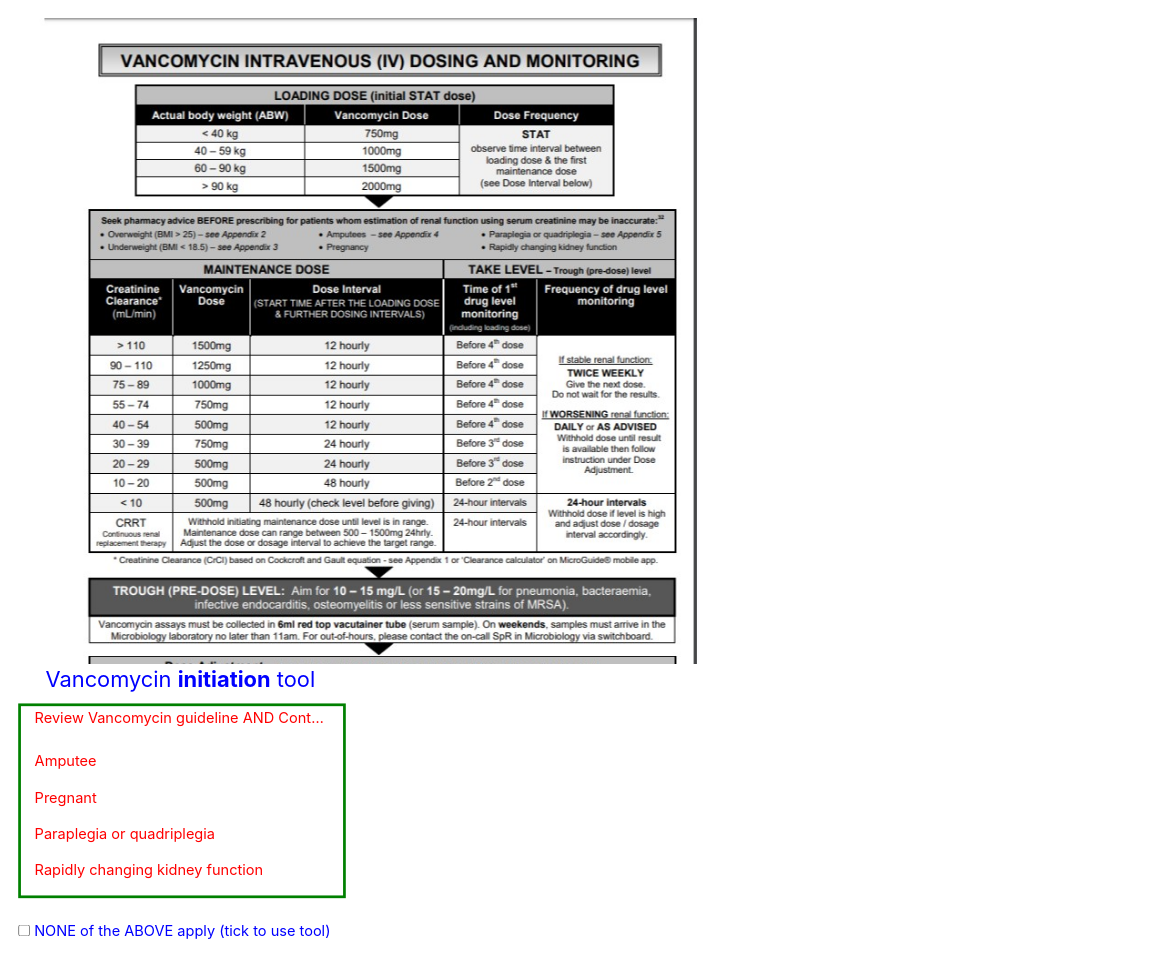
Repository: Mismiles/project-clinical-calculator
Page: index.html
The author's editor kept a record of every edit. The page is drawn from the files as they stood at one moment, then again after the next edit.
The browser window is 1280 px wide. The pictures show the whole page, at 91% of full size.

Above is the page before.

### index.html
<!doctype html>
<html lang="en">
  <head>
    <!-- Required meta tags -->
    <meta charset="utf-8">
    <meta name="viewport" content="width=device-width, initial-scale=1, shrink-to-fit=no">

    <!-- Bootstrap CSS -->
    <link rel="stylesheet" href="https://stackpath.bootstrapcdn.com/bootstrap/4.3.1/css/bootstrap.min.css" integrity="sha384-ggOyR0iXCbMQv3Xipma34MD+dH/1fQ784/j6cY/iJTQUOhcWr7x9JvoRxT2MZw1T" crossorigin="anonymous">

    <!-- Custom CSS -->
    <link href="css/stylesheet.css" rel="stylesheet">

    <title>Vancomycin calculation tool</title>

  </head>
  <body>

<div class="embed-responsive embed-responsive-16by9" id="guideline">
  <iframe class="embed-responsive-item" src="images/vanc1.jpg"></iframe>
</div>



<form name="vanc">
<fieldset>

<!-- Form Name -->
<legend>Vancomycin <b>initiation</b> tool</legend>

<!-- Parameters -->
<section id='parameters'>
  <div class="col-md-4 statement" for="parameters" style="color:red">Review Vancomycin guideline AND Contact Pharmacy if any apply, as this tool will not give relevant advice.
    <br>
    <br>
    <p>Amputee</p>
    <p>Pregnant</p>
    <p>Paraplegia or quadriplegia</p>
    <p>Rapidly changing kidney function</p>
	</div>
</section>

<!-- Safe to use tool-->
	<br>
	<label style="color:blue">
      <input type="checkbox" name="parameters" id="showform" onclick="displayForm(); hideParameters();"> NONE of the ABOVE apply (tick to use tool)
  </label>

<section id='vancform'>
<!-- Indication-->
<br>
<div class="form-group">
  <label class="col-md-4 control-label" for="indication"><b>Indication</b></label>
  <div class="col-md-4">
  <input id="ind" name="indication" type="text" autocomplete="off" placeholder="Specify" class="form-control input-md" required/>
  </div>
</div>

<!-- Gender -->
<div class="form-group">
  <label class="col-md-4 control-label" for="gender"><b>Gender</b></label>
  <div class="col-md-4">
   <div class="btn-group btn-group-toggle" data-toggle="buttons">
  <label class="btn btn-outline-primary">
    <input type="radio" name="options" id="male" value="males" onclick="getGender()"> Male
  </label>
  <label class="btn btn-outline-danger">
    <input type="radio" name="options" id="female" value="females" onclick="getGender()"> Female
  </label>
</div>
  </div>
</div>

<!-- Age-->
<div class="form-group">
  <label class="col-md-4 control-label" for="age"><b>Age</b></label>
  <div class="col-md-4">
  <input id="age" name="age" type="text" maxlength="3" placeholder="Age in years" autocomplete="off" class="form-control input-md" required/>
  </div>
</div>

<p id="ageOut"></p>

<!-- Weight-->
<div class="form-group">
  <label class="col-md-4 control-label" for="weight"><b>Weight in kg</b></label>
  <div class="col-md-4">
  <input id="weight" name="weight" type="text" maxlength="3" placeholder="Weight in kg" autocomplete="off" class="form-control input-md" required/>
</div>
</div>


<p id="weighteOut"></p>

<!-- Date picker-->
<div class="form-group">
        <label class="col-md-4 control-label" for="date"><b>Date Weight Taken</b></label>
          <div class="col-md-4">
        <input id="form-control input-md date" name="date" autocomplete="off" placeholder="MM/DD/YYY" type="date" required onclick="verifyDate()">
          </div>
</div>
<p id="datemessage"></p>

  <div class="checkbox">
    <label>
      <input type="radio" name="parameters" id="abnormalWeight" value="" onclick="displayHeight();scrollWin();">
      Abnormal Weight (BMI &lt; 18.5 OR BMI &gt; 25) <br><span style="color:green"><i>Tick to help calculate BMI</i></span>
    </label>
	</div>

	 <div class="checkbox">
    <label>
      <input type="radio" name="parameters" id="normalweight" value="" onclick="displayHeight();scrollWin();">
      Normal weight (BMI &gt; 18.5 and &lt; 25)
    </label>
	</div>
</div>
</div>

<!-- Height-->
<section id="heightbox" class="form-group">
  <label class="col-md-4 control-label" for="height"><b>Height in cm</b></label>
  <div class="col-md-4">
  <input id="height" name="height" type="text" maxlength="3" autocomplete="off" placeholder="Height in cm" class="form-control input-md" required/>
</div>
</section>

<p id="heightOut"></p>

<!-- Creatinine-->
<div class="form-group">
  <label class="col-md-4 control-label" for="creatinine"><b>Serum Creatinine in µmol/L</b></label>
  <div class="col-md-4">
  <input id="creatinine" name="creatinine" type="text" autocomplete="off" maxlength="3" placeholder="Creatinine" class="form-control input-md" data-bind="value:replyNumber" required="true"/>
  </div>
</div>

<!-- Disclaimer-->
<label style="color:red">
      <input type="checkbox" name="safetyline" id="disclaimer" onclick="safety(); scrollWin();">  I confirm that this tool takes no clinical responsibility for outcomes <br> and I will use this tool <b>only to aid my ultimate clinical decision.</b>
</label>

<!-- Button -->
<div class="form-group">
  <label class="col-md-4 control-label" for="calculate"></label>
  <div class="col-md-4">
    <script type="text/javascript" src="js/calculation.js"></script>
    <button id="calc" name="calculate" type="button" class="btn btn-primary" onclick="runCalcs();" >Display dose and monitoring advice</button>
  </div>
</div>

</fieldset>
</form>
</section>


<section id="dosingAdvice">
<p id="indication" class="text">The indication for treatment is</p>
<p id="stat_dose" class="text">Prescribe STAT dose of</p>
<p id="bmi_calc" class="text">The patient's BMI is</p>
<p id="ibw_text" class="text">The patient's ideal body weight is</p>
<p id="result_g" class="text">The CrCl =</p>
<p id="main_dose" class="text">Therefore prescribe</p>
<p id="poor_renal"class="text">Do not wait for the result before giving the next scheduled dose unless CrCl < 10 ml/min
or the patient is on renal replacement therapy</p>

<br>

<!-- Explain Button -->
  <div class="col-md-4">
    <button id="explain" name="exp" type="button" class="btn btn-success" onclick="displayReasoning(); highlightWtable(); highlightRtable(); explain(); scrollWin();" >Show dosing rationale</button>
  </div>
</div>

</section>

<br>

<section id="explainDosing"
<!--Show formulas -->
<div id="showFormulas"></div>

<br>


<h2>Loading dose</h2>

<table class="col-md-6 table table-bordered table-dark">
  <thead>
    <tr>
      <th scope="col">Actual body Weight (ABW)</th>
      <th scope="col">Vancomycin Dose</th>
      <th scope="col">Dose frequency</th>
    </tr>
  </thead>
  <tbody>
    <tr id="under40">
      <td>< 40kg</td>
      <td>750mg</td>
      <td>STAT</td>
    </tr>
    <tr id="w40to59">
      <td>40 - 59 kg</td>
      <td>1000mg</td>
      <td>STAT</td>
    </tr>
    <tr id="w60to90">
      <td>60 - 90 kg</td></td>
      <td>1500mg</td>
      <td>STAT</td>
    </tr>
    <tr id="over90">
      <td>> 90 kg</td></td>
      <td>200mg</td>
      <td>STAT</td>
    </tr>
  </tbody>
</table>

<br>

<h2>Maintenance dose</h2>

<table class="col-md-6 table table-dark">
  <thead>
    <tr>
      <th scope="col">Creatinine clearence (mL/min)</th>
      <th scope="col">Vancomycin Maintenance dose</th>
      <th scope="col">Dose interval</th>
      <th scope="col">Time of 1st level</th>
      <th scope="col">Monitoring Frequency</th>
    </tr>
  </thead>
  <tbody>
    <tr id="rOver110">
      <th>> 110</th>
      <td>1500mg</td>
      <td>12 hourly</td>
      <td>Before 4th dose</td>
    </tr>
    <tr id="r90to110">
      <th>90 - 110</th>
      <td>1250mg</td>
      <td>12 hourly</td>
      <td>Before 4th dose</td>
    </tr>
    <tr  id="r75to89">
      <th>75 - 89</th>
      <td>1000mg</td>
      <td>12 hourly</td>
      <td>Before 4th dose</td>
    </tr>
     <tr id="r55to74">
      <th>55 - 74</th>
      <td>750mg</td>
      <td>12 hourly</td>
      <td>Before 4th dose</td>
    </tr>
    <tr id="r40to54">
      <th>40 - 54</th>
      <td>500mg</td>
      <td>12 hourly</td>
      <td>Before 4th dose</td>
    </tr>
    <tr id="r30to39">
      <th>30 - 39</th>
      <td>750mg</td>
      <td>24 hourly</td>
      <td>Before 3rd dose</td>
    </tr>
    <tr id="r20to29">
      <th>20 - 29</th>
      <td>500mg</td>
      <td>24 hourly</td>
      <td>Before 3rd dose</td>
    </tr>
    <tr id="r10to19">
      <th>10 - 19</th>
      <td>500mg</td>
      <td>48 hourly</td>
      <td>Before 2nd dose</td>
    </tr>
    <tr id="r0to10">
      <th>< 10</th>
      <td>500mg</td>
      <td>48 hourly (check level before giving)</td>
      <td>24 hour intervals</td>
    </tr>
    <tr id="CRRT">
      <th>CRRT</th>
      <td>Withold initiating maintenace dose until level is in range.</td>
      <td>Maintenance dose can range between 500mg to 1500mg 24hourly. Adjust the dose or dosing interval to acheive the target range.</td>
      <td>24 hour intervals</td>
    </tr>
  </tbody>
</table>


<!-- Image carousel -->
  <div id="carouselExampleIndicators" class="carousel slide row" data-ride="carousel">
  <ol class="carousel-indicators">
    <li data-target="#carouselExampleIndicators" data-slide-to="0" class="active"></li>
    <li data-target="#carouselExampleIndicators" data-slide-to="1"></li>
    <li data-target="#carouselExampleIndicators" data-slide-to="2"></li>
    <li data-target="#carouselExampleIndicators" data-slide-to="3"></li>
    <li data-target="#carouselExampleIndicators" data-slide-to="4"></li>
    <li data-target="#carouselExampleIndicators" data-slide-to="5"></li>
    <li data-target="#carouselExampleIndicators" data-slide-to="6"></li>
    <li data-target="#carouselExampleIndicators" data-slide-to="7"></li>
    <li data-target="#carouselExampleIndicators" data-slide-to="8"></li>
    <li data-target="#carouselExampleIndicators" data-slide-to="9"></li>
  </ol>
  <div class="carousel-inner">
    <div class="carousel-item active">
      <img class="d-block w-60" src="images/vanc1.jpg" alt="First slide">
    </div>
    <div class="carousel-item">
      <img class="d-block w-60" src="images/app1.jpg" alt="Second slide">
    </div>
    <div class="carousel-item">
      <img class="d-block w-60" src="images/app2.jpg" alt="Third slide">
    </div>
    <div class="carousel-item">
      <img class="d-block w-60" src="images/app3.jpg" alt="Fourth slide">
    </div>
    <div class="carousel-item">
      <img class="d-block w-60" src="images/app41.jpg" alt="Fifth slide">
    </div>
    <div class="carousel-item">
      <img class="d-block w-60" src="images/app42.jpg" alt="Sixth slide">
    </div>
     <div class="carousel-item">
      <img class="d-block w-60" src="images/app43.jpg" alt="Seventh slide">
    </div>
     <div class="carousel-item">
      <img class="d-block w-60" src="images/app5.jpg" alt="Eigth slide">
     </div>
     <div class="carousel-item">
      <img class="d-block w-60" src="images/app6.jpg" alt="Ninth slide">
     </div>
  </div>

  <a class="carousel-control-prev" href="#carouselExampleIndicators" role="button" data-slide="prev">
    <span class="carousel-control-prev-icon" aria-hidden="true"></span>
    <span class="sr-only">Previous</span>
  </a>
  <a class="carousel-control-next" href="#carouselExampleIndicators" role="button" data-slide="next">
    <span class="carousel-control-next-icon" aria-hidden="true"></span>
    <span class="sr-only">Next</span>
  </a>
</div>


    <!-- jQuery first, then Popper.js, then Bootstrap JS -->
    <script src="https://code.jquery.com/jquery-3.3.1.slim.min.js" integrity="sha384-q8i/X+965DzO0rT7abK41JStQIAqVgRVzpbzo5smXKp4YfRvH+8abtTE1Pi6jizo" crossorigin="anonymous"></script>
    <script src="https://cdnjs.cloudflare.com/ajax/libs/popper.js/1.14.7/umd/popper.min.js" integrity="sha384-UO2eT0CpHqdSJQ6hJty5KVphtPhzWj9WO1clHTMGa3JDZwrnQq4sF86dIHNDz0W1" crossorigin="anonymous"></script>
    <script src="https://stackpath.bootstrapcdn.com/bootstrap/4.3.1/js/bootstrap.min.js" integrity="sha384-JjSmVgyd0p3pXB1rRibZUAYoIIy6OrQ6VrjIEaFf/nJGzIxFDsf4x0xIM+B07jRM" crossorigin="anonymous"></script>

        <!-- Calulation JavaScript Code-->
    <script type="text/javascript" href="js/calculation.js"></script>

  </body>
</html>

### css/stylesheet.css
body {
    position: relative;
    font-size: 1em;
    margin-left: 20px;
    margin-top: 20px;

}

legend {
    padding-left: 30px;
    color: blue;
}

.statement {
 border-style: solid;
 border-color: green;
 white-space: nowrap;
 width: 360px;
 overflow: hidden;
 text-overflow: ellipsis;
  }

 .showform {
     color: blue;
 }

#heightbox{
  display: none;
}

#dosingAdvice{
  display: none;
}

#bmi_calc{
    display: none;
}

#vancform {
  display: none;
}

#parameters{
    display: block;
}

#ibw_text{
    display: block;
}

#calc{
    display: none;
}

#poor_renal{
    color: red;
}

#explainDosing{
    display:none;
}

.text{
    margin-bottom: 2px;
}

.datemessage{
    color: red;
}


.carousel {
  width:740px;
  height:860px;
  display: none !important;
}

Loaded but not shown: js/calculation.js (383 lines, source omitted)

After the next edit:
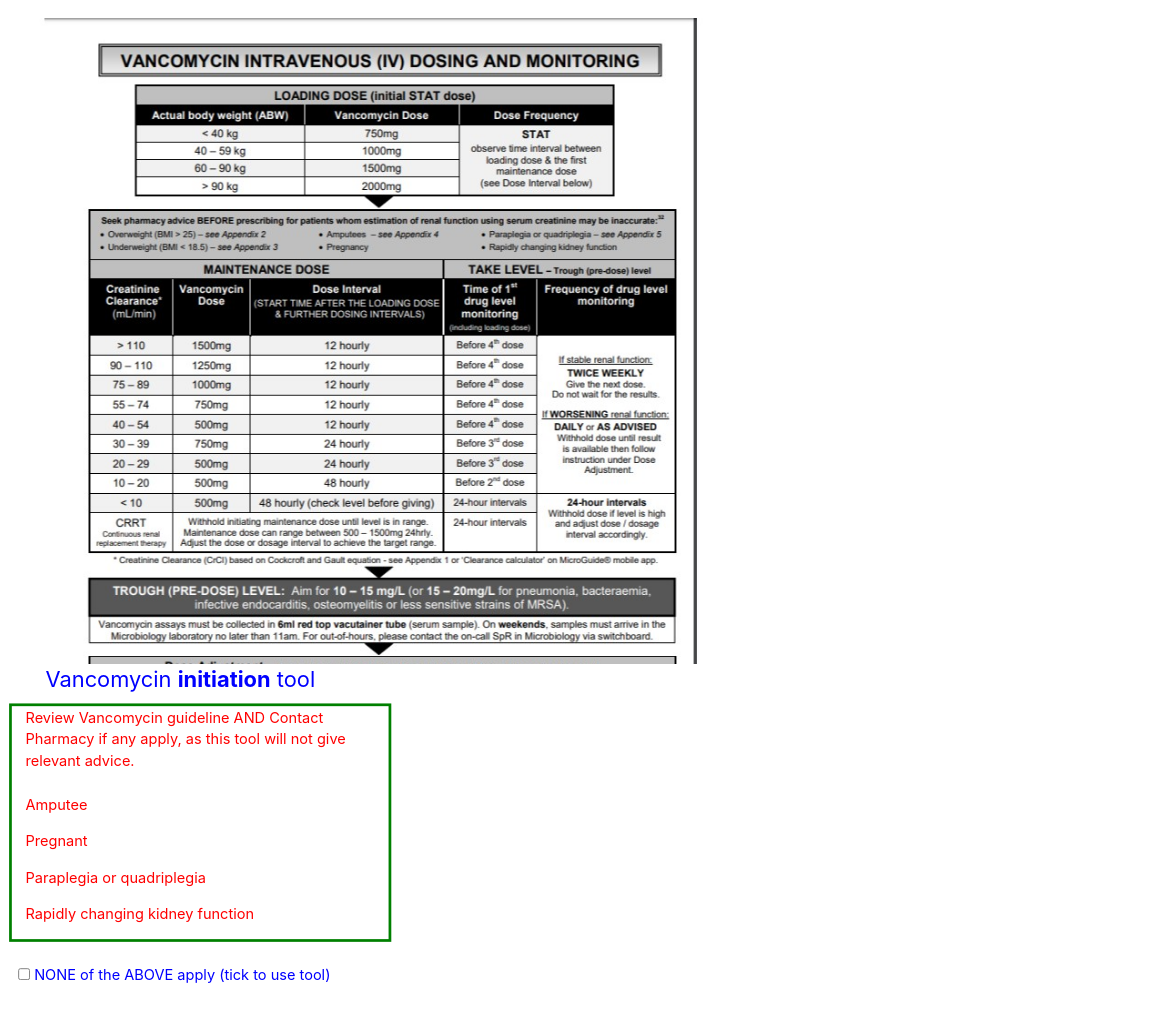
The edit:
--- a/css/stylesheet.css
+++ b/css/stylesheet.css
@@ -14,10 +14,7 @@
 .statement {
  border-style: solid;
  border-color: green;
- white-space: nowrap;
- width: 360px;
- overflow: hidden;
- text-overflow: ellipsis;
+ right: 10px;
   }
 
  .showform {
